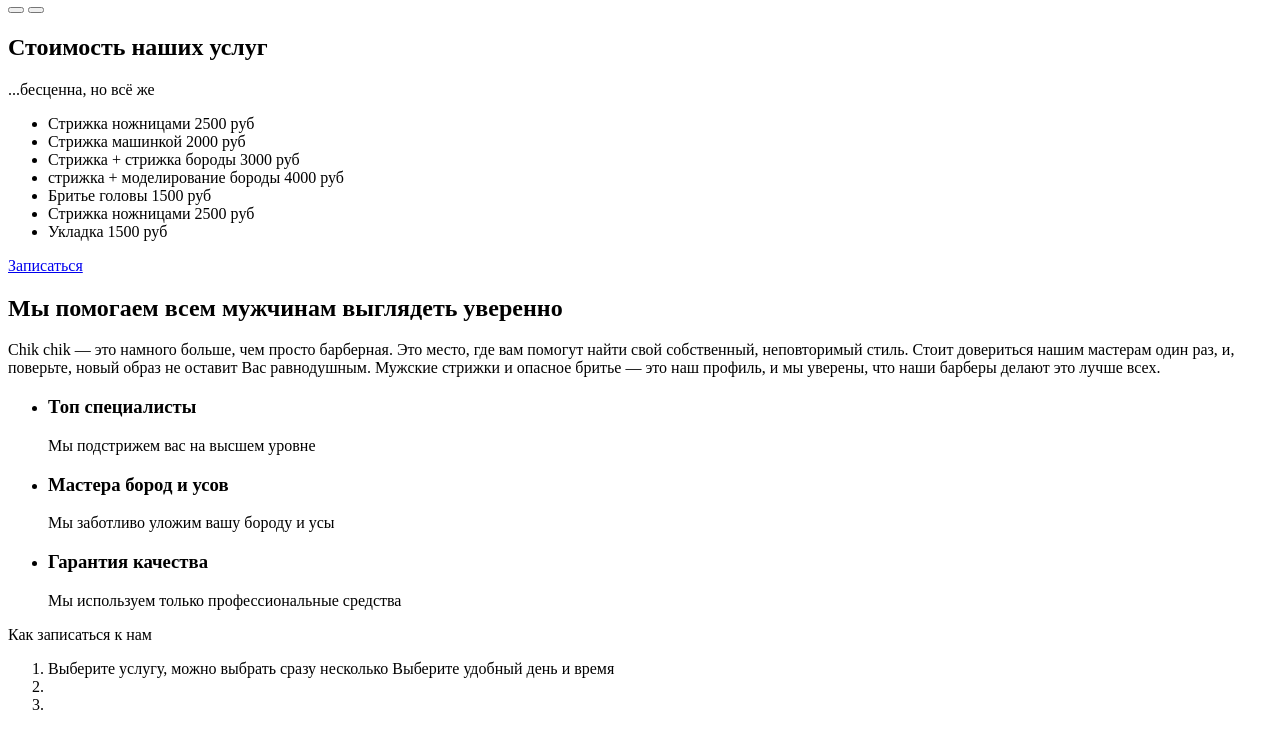
Repository: alexboagreek/chick-chick
Page: index.html
An editor plug-in stored every save of this project. The page is shown before and after a run of saves, followed by the edit.
The browser window is 1280 px wide. The pictures show the part of the page from y = 3047 to 3777 px (the page is 3777 px tall).
A picture or video elsewhere on the page could not be fetched, so the positions and the page height are approximate.

Above is the page before, as saved 2023-01-17 14:41:45.

After the next 3 saves:
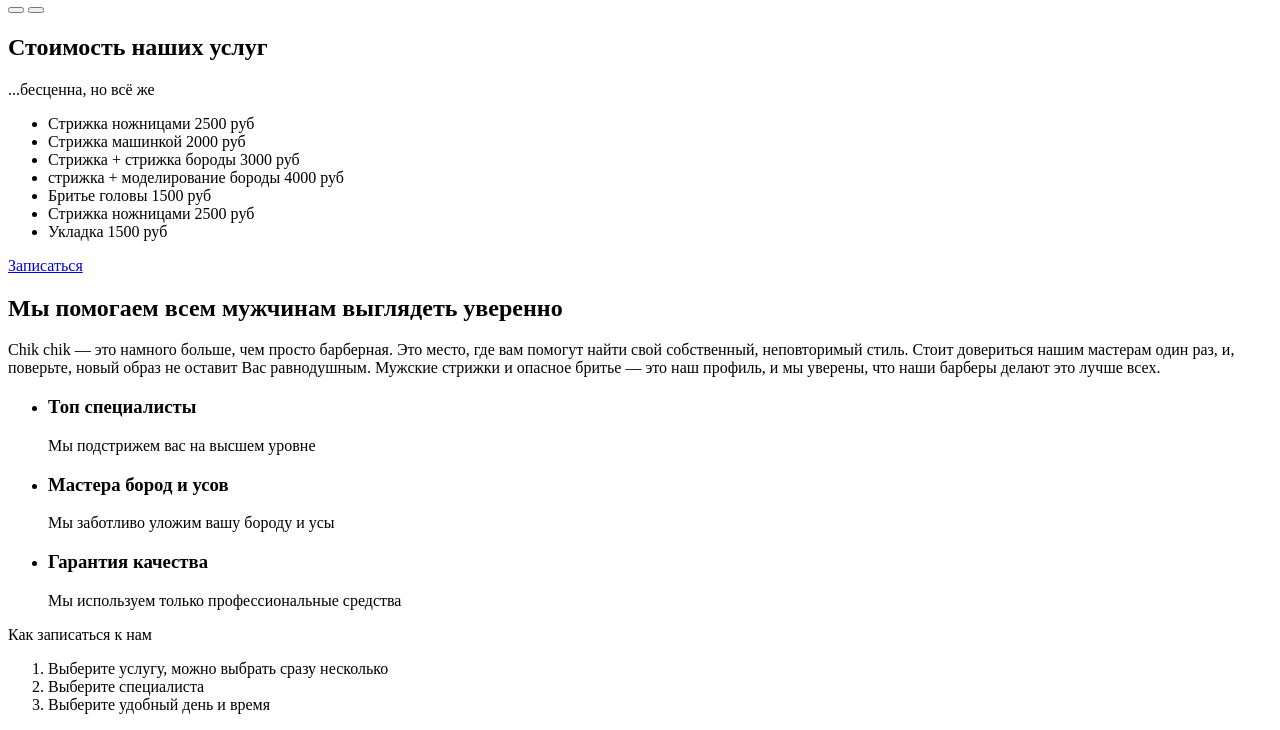
The 3 saves are shown as one change because they came seconds apart.
The last was saved 9 s later.
--- a/index.html
+++ b/index.html
@@ -143,9 +143,9 @@
                 <ol class="reserve__list">
                     <li class="reserve__item">Выберите услугу, можно выбрать сразу несколько
 
-                        Выберите удобный день и время</li>
-                    <li class="reserve__item"></li>
-                    <li class="reserve__item"></li>
+                       </li>
+                    <li class="reserve__item">Выберите специалиста</li>
+                    <li class="reserve__item"> Выберите удобный день и время</li>
                 </ol>
             </div>
         </section>
